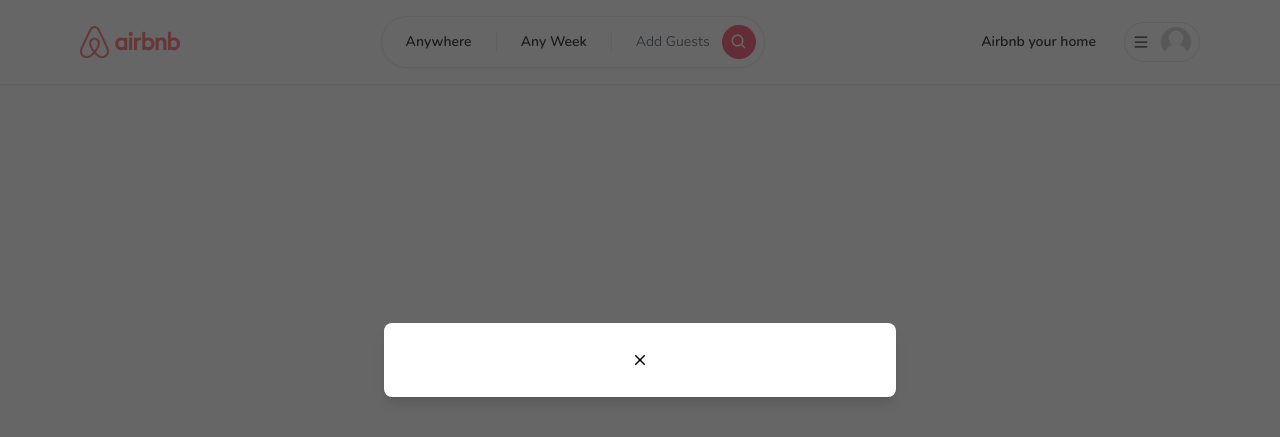
Repository: kriptovekediler/airbnb-clone
Page: /
The author's editor kept a copy of each file at every save. The page is drawn from the files as they stood at one save, then again after the next save.
The browser window is 1280 px wide. The pictures show the whole page.
The project was rebuilt for these pictures with package versions that can differ from the ones it lists, and the page was loaded fresh each time. The framework's server and built-in components were replaced by stand-ins that run in the browser. Also part of the build but not shown: next.config.js, app/components/Navbar/MenuItem.tsx.

Above is the page before, as saved 2023-07-04 09:49:00.

### app/layout.tsx
import {Nunito} from 'next/font/google'
import './globals.css'
import Navbar from './components/Navbar/Navbar'
import ClientOnly from './components/ClientOnly'
import Modal from './components/modals/Modal'

export const metadata = {
  title: 'Airbnb',
  description: 'AirBnb Clone',
}

const font = Nunito({
  subsets: ['latin']
})

export default function RootLayout({
  children,
}: {
  children: React.ReactNode
}) {
  return (
    <html lang="en">
      <body className={font.className}>
        <ClientOnly>
          <Modal isOpen/>
        <Navbar/>z
        </ClientOnly>
        {children}
        </body>
    </html>
  )
}

### app/page.tsx
export default function Home() {
  return (
    <div className="text-rose-500 text-2xl">Hello AirBnB</div>
  )
}

### app/components/Navbar/Navbar.tsx
import React from 'react'
import Container from '../Container'
import Logo from './Logo'
import Search from './Search'
import UserMenu from './UserMenu'

const Navbar = () => {
  return (
    <div className='fixed w-full bg-white z-10 shadow-sm'>
        <div className='py-4 border-b-[1px]'>
            <Container>
                <div
                className='
                flex
                flex-row
                items-center
                justify-between
                gap-3
                md:gap-0
                '
                >
                    <Logo/>
                    <Search/>
                    <UserMenu/>
                </div>
            </Container>
        </div>
    </div>
  )
}

export default Navbar

### app/components/ClientOnly.tsx
'use client'

import React, { useEffect, useState } from 'react'

interface ClientOnlyProps {
    children: React.ReactNode
}
const ClientOnly: React.FC<ClientOnlyProps> = ({children}) => {

    const [hasMounted, setHasMounted] = useState(false)

    useEffect(() => {
        setHasMounted(true)
    }, [])

    if(!hasMounted) {
        return null
    }

  return (
    <>{children}</>
  )
}

export default ClientOnly

### app/components/modals/Modal.tsx
'use client'

import React, { useCallback, useEffect, useState } from 'react'
import {IoMdClose} from 'react-icons/io'

interface ModalInterfaceProps {
isOpen?: boolean;
disabled?:boolean;
onSubmit: () => void
onClose: () => void
actionLabel:string
secondaryAction?:() => void
title?:string
body?: React.ReactElement
footer?: React.ReactElement
secondaryLabel:string
}

const Modal: React.FC<ModalInterfaceProps> = ({title,isOpen,disabled,onSubmit,onClose,actionLabel,body, footer,secondaryLabel,secondaryAction}) => {

  const [showModal, setShowModal] = useState(isOpen);

  useEffect(() => {
    setShowModal(isOpen)
  }, [isOpen])

  const handleClose = useCallback(() => {
    if(disabled) {
    return
  }
    setShowModal(false)
    setTimeout(() =>{
      onClose()
    },300)
  }, [onClose, disabled])

  const handleSubmit = useCallback(() => {
    if(disabled){
    return}

    onSubmit()
  }, [onSubmit, disabled])

  const handleSecondaryAction = useCallback(() => {
    if(disabled || !secondaryAction) {
      return
    }
    secondaryAction()

  }, [disabled, secondaryAction])

  if(!isOpen) {
    return null
  }
  return (
    <div
    className='
    justify-center
    items-center
    flex
    overflow-x-hidden
    overflow-y-auto
    fixed
    inset-0
    z-50
    outline-none
    focus:outline-none
    bg-neutral-800/70
    '
    >
      <div
      className='
      relative
      w-full
      md:w-4/6
      lg:w-3/6
      xl:w-2/5
      my-6
      mx-auto
      h-full
      lg:h-auto
      md:h-auto
      '
      >
        {/* CONTENT */}
        <div
        className={`
        translate
        duration-300
        h-full
        ${showModal? 'translate-y-0' : 'translate-y-full'}
        ${showModal? 'opacity-100' : 'opacity-0'}
        `}
        >
          <div
          className='
          translate
          h-full
          lg:h-auto
          md:h-auto
          border-0
          rounded-lg
          shadow-lg
          relative
          flex
          flex-col
          w-full
          bg-white
          outline-none
          focus:outline-none
          '
          >
            {/* Header */}
            <div
            className='flex
            items-center
            p-6
            rounded-t
            justify-center
            relative
            '
            >
              <button
              className='p-1
              border-0
              hover:opacity-70
              transition
              avsolute
              left-9
              '
              >
                <IoMdClose size={18}/>
              </button>
            </div>
          </div>
        </div>
      </div>
    </div>
  )
}

export default Modal

### app/components/Container.tsx
'use client'

interface ContainerProps {
    children: React.ReactNode;
}

const Container: React.FC<ContainerProps> = ({children}) => {
  return (
    <div
    className="max-w-[2520px] mx-auto xl:px-20 md:px-10 sm: px-2 px-4"
    >{children}</div>
  )
}

export default Container

### app/components/Navbar/Logo.tsx
'use client'

import Image from "next/image"
import {useRouter} from 'next/navigation'

const Logo = () => {
    const router = useRouter()

  return (
    <Image
    alt="Logo"
    className="hidden md:block cursor-pointer"
    height='100'
    width='100'
    src='/images/logo.png'
    />
  )
}

export default Logo

### app/components/Navbar/Search.tsx
'use client'

import {BiSearch} from 'react-icons/bi'

const Search = () => {
  return (
    <div
    className="
    border-[1px]
    w-full
    md:w-auto
    py-2
    rounded-full
    shadow-sm
    hover:shadow-md
    transition
    cursor-pointer
    "
    >
        <div
        className="
        flex
        flex-row
        items-center
        justify-between
        "
        >
            <div
            className="
            text-sm
            font-semibold
            px-6
            "
            >
                Anywhere
            </div>
            <div
            className="
            hidden
            sm:block
            text-sm
            font-semibold
            px-6
            border-x-[1px]
            flex-1
            text-center
            "
            >
              Any Week
            </div>
            <div
            className="
            text-sm
            pl-6
            pr-2
            text-gray-600
            flex
            flex-row
            items-center
            gap-3
            "
            >
              <div className='hidden sm:block'> Add Guests</div>
            <div
            className="
            p-2
            bg-rose-500
            rounded-full
            text-white
            "
            >
              <BiSearch size={18}/>
            </div>
            </div>
        </div>
    </div>
  )
}

export default Search

### app/components/Navbar/UserMenu.tsx
'use client'

import {AiOutlineMenu} from 'react-icons/ai'
import Avatar from '../Avatar'
import { useCallback, useState } from 'react'
import MenuItem from './MenuItem'

const UserMenu = () => {
  const [isOpen, setIsOpen] = useState(false);

  const toggleOpen = useCallback(() => {
    setIsOpen((value) => !value)
  },[])

  return (
    <div className="relative">
      <div className="flex flex-row items-center gap-3">
        <div
        onClick={() => {}}
        className="
        hidden
        md:block
        text-sm
        font-semibold
        py-3
        px-4
        rounded-full
        hover:bg-neutral-100
        transition
        cursor-pointer
        "
        >
          Airbnb your home
        </div>
        <div
        onClick={toggleOpen}
        className="
        p-4
        md:py-1
        md:px-2
        border-[1px]
        border-neutral-200
        flex
        flex-row
        items-center
        gap-3
        rounded-full
        cursor-pointer
        hover:shadow-md
        transition
        border
        "
        >
        <AiOutlineMenu/>
        <div className='hidden md:block'>
          <Avatar/>
        </div>
        </div>
      </div>
      {isOpen && (
        <div
        className='
        absolute
        rounded-xl
        shadow-md
        w-[40vw]
        md:w-3/4
        bg-white
        overflow-hidden
        right-0
        top-12
        text-sm
        '
        >
          <div
          className='
          flex
          flex-col
          cursor-pointer
          '
          >
            <>
            <MenuItem
            onClick={() => {}}
            label='Login'
            />
            <MenuItem
            onClick={() => {}}
            label='Sign Up'
            />
            </>
          </div>
        </div>
      )}
    </div>
  )
}

export default UserMenu

### app/components/Avatar.tsx
import Image from 'next/image'
import React from 'react'

const Avatar = () => {
  return (
    <Image
    className='rounded-full'
    height='30'
    width='30'
    alt='Avatar'
    src='/images/placeholder.jpg'
    />
)
}

export default Avatar

Loaded but not shown: app/globals.css (common file); tailwind.config.js (common file)

After the next save:
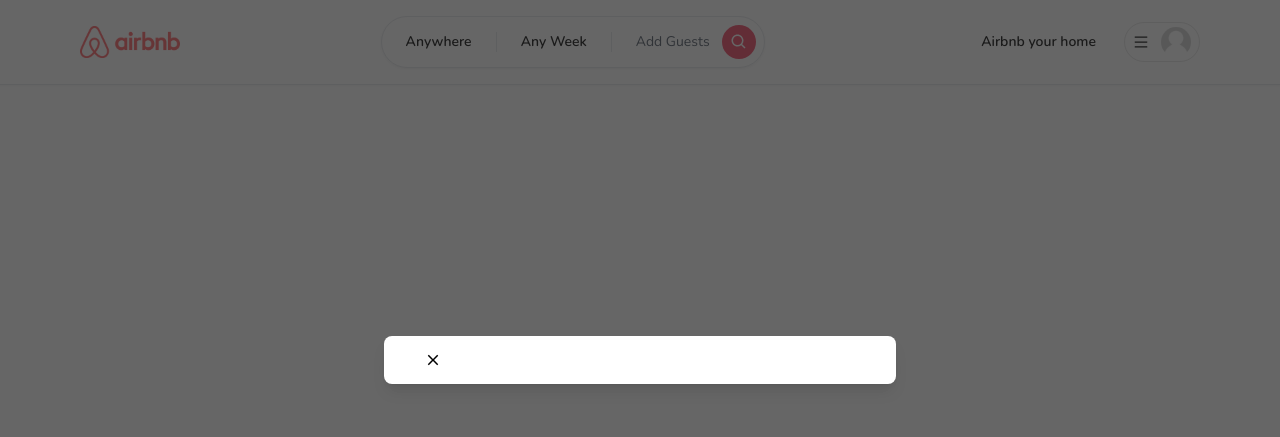
Saved 115 s later.
--- a/app/components/modals/Modal.tsx
+++ b/app/components/modals/Modal.tsx
@@ -125,7 +125,7 @@
               border-0
               hover:opacity-70
               transition
-              avsolute
+              absolute
               left-9
               '
               >
